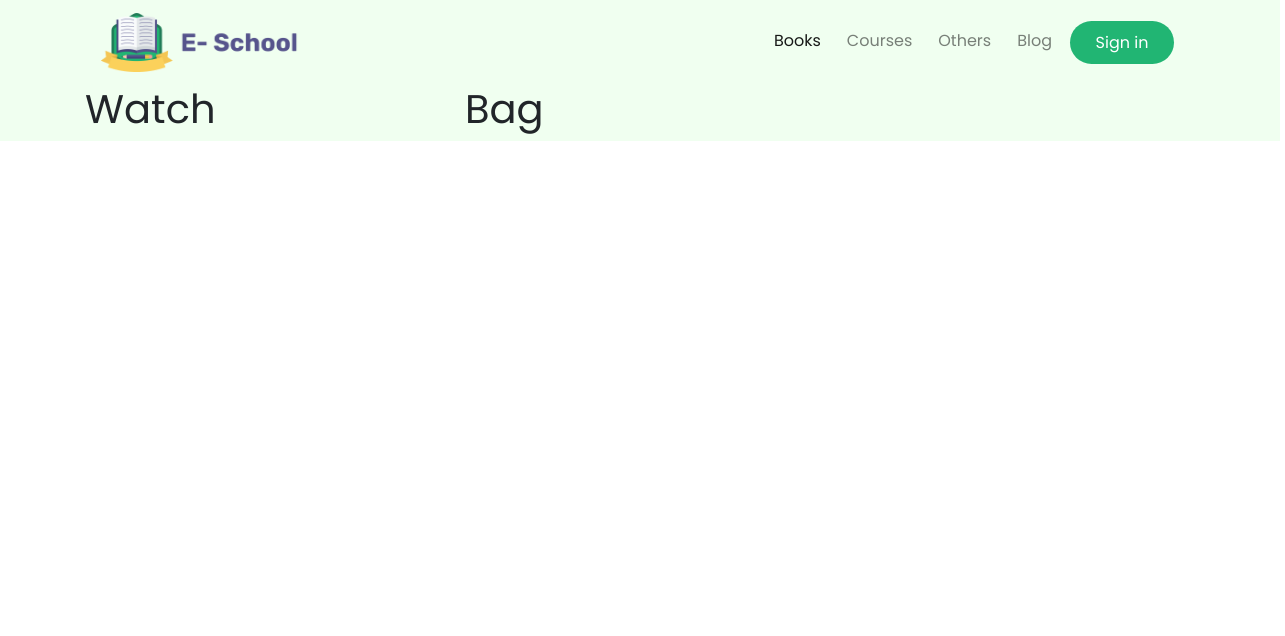
Repository: mohsinfarabi/e-school
Page: index.html
These files come from the project's save history. The page is drawn as it stood at one moment and after the next save; the edit follows.
The browser window is 1280 px wide. The page is 1280 px wide, then 1285 px, so the pictures cover 1285 px, including what lies to the right of the window. The pictures show the whole page.

Above is the page before, as saved 2020-07-08 03:00:56.

After the next save:
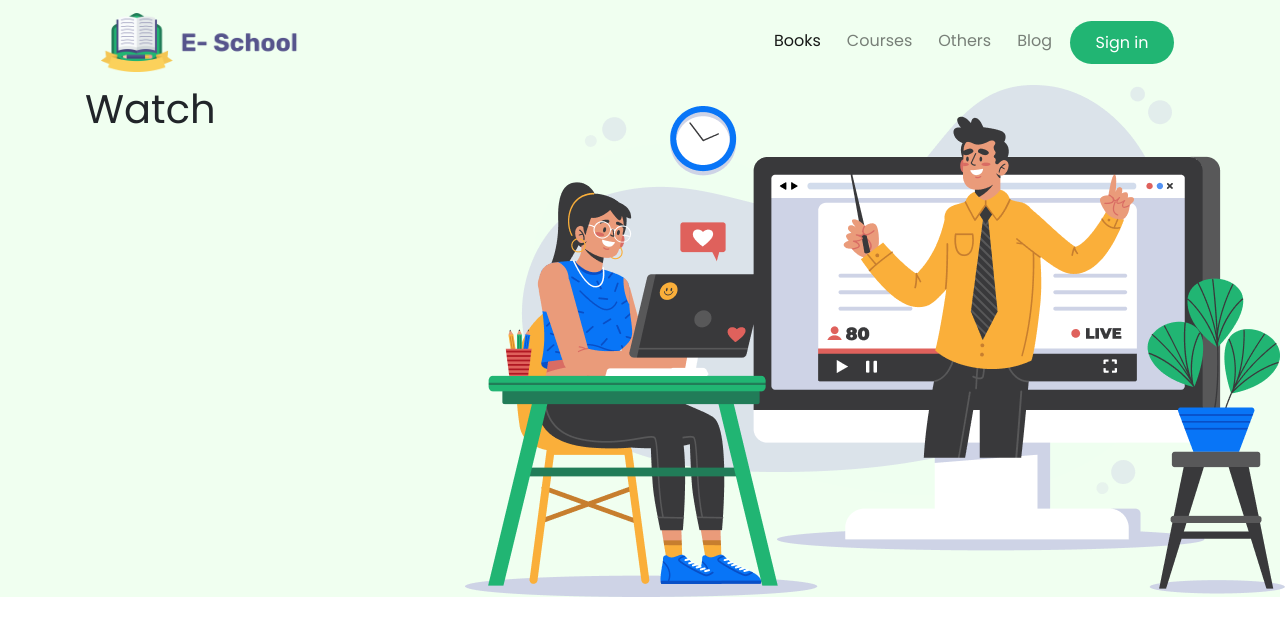
Saved 38 s later.
--- a/index.html
+++ b/index.html
@@ -53,7 +53,7 @@
                 </div>
                 <div class="col-md-8">
 
-                    <h1>Bag</h1>
+                    <img src="images/Photos/Illustration.png" alt="">
                 </div>
             </div>
         </div>
